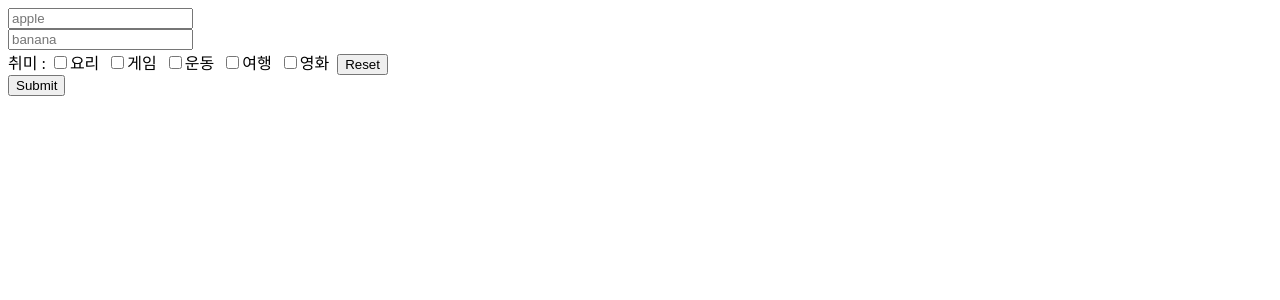
Repository: jjjjjjji-hun/jsp_practice
Page: http://localhost/JSPBasic/jspObject/1.requests/req_param_send.jsp
These files come from the project's save history. The page is drawn as it stood at one moment and after the next save; the edit follows.
The browser window is 1280 px wide. The pictures show the whole page.
The page is served by Tomcat 9.

Above is the page before, as saved 2022-02-03 06:35:05.

After the next save:
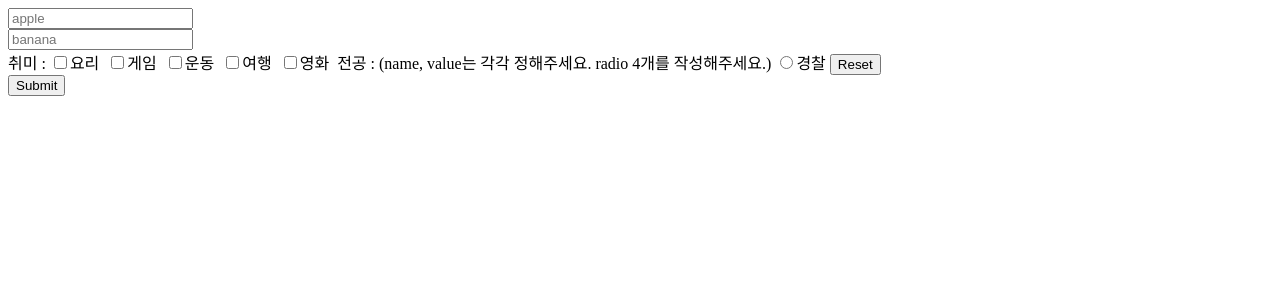
Saved 38 s later.
--- a/JSPBasic/src/main/webapp/jspObject/1.requests/req_param_send.jsp
+++ b/JSPBasic/src/main/webapp/jspObject/1.requests/req_param_send.jsp
@@ -25,6 +25,9 @@ form의 action이 바로 목적지를 적는 부분임
 	<input type="checkbox" name="hobby" value="여행"/>여행&nbsp;
 	<input type="checkbox" name="hobby" value="영화"/>영화&nbsp;
 
+	전공 : (name, value는 각각 정해주세요. radio 4개를 작성해주세요.)
+	<input type="radio" name="study" value="경찰학과"/>경찰
+
 	<input type="reset" /><br/>
 	<input type="submit" />
 	</form>
